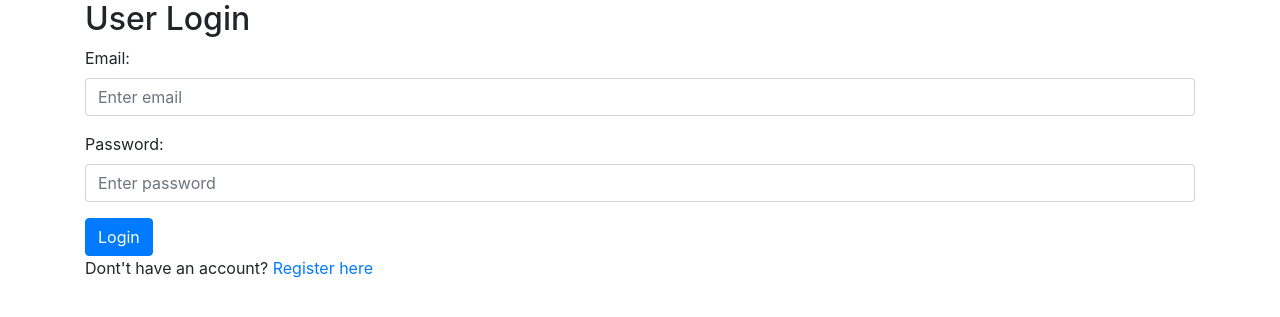
Repository: LPiotr/pythonflask
Page: http://localhost/
The author's editor kept a copy of each file at every save. The page is drawn from the files as they stood at one save, then again after the next save.
The browser window is 1280 px wide. The pictures show the whole page.
The page is served by the project's application, run on Flask 3 (app.py).

Above is the page before, as saved 2023-07-02 19:24:03.

After the next save:
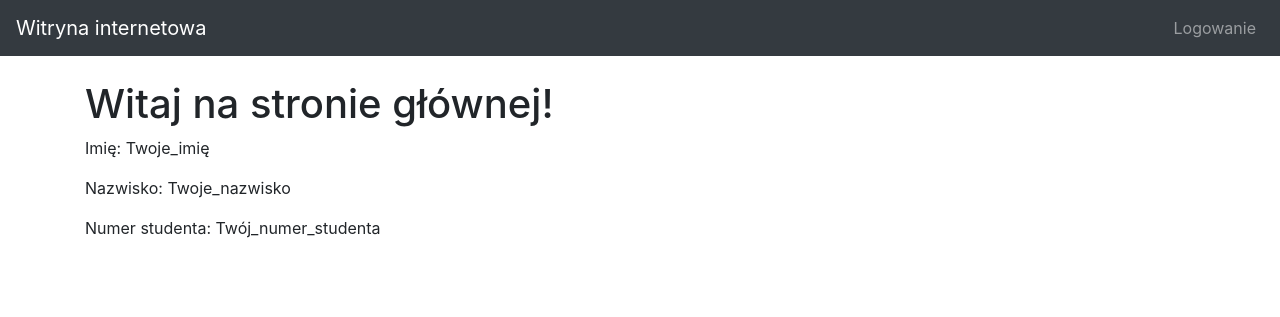
Saved 16 min 8 s later.
--- a/app.py
+++ b/app.py
@@ -38,72 +38,74 @@ mysql = MySQL(app)
 #                 time.sleep(1)
 
 @app.route('/')
-@app.route('/login', methods =['GET', 'POST'])
-def login():
-    mesage = ''
-    if request.method == 'POST' and 'email' in request.form and 'password' in request.form:
-        email = request.form['email']
-        password = request.form['password']
-        cursor = mysql.connection.cursor(MySQLdb.cursors.DictCursor)
-        cursor.execute('SELECT * FROM users WHERE email = % s AND password = % s', (email, password, ))
-        user = cursor.fetchone()
-        if user:
-            session['loggedin'] = True
-            session['userid'] = user['userid']
-            session['name'] = user['name']
-            session['email'] = user['email']
-            mesage = 'Zalogowano pomyślnie !'
-            return render_template('user.html', mesage = mesage)
-        else:
-            mesage = 'Proszę wprowadż poprawny email lub hasło !'
-    return render_template('login.html', mesage = mesage)
+def index():
+    return render_template('index.html')
+# @app.route('/login', methods =['GET', 'POST'])
+# def login():
+#     mesage = ''
+#     if request.method == 'POST' and 'email' in request.form and 'password' in request.form:
+#         email = request.form['email']
+#         password = request.form['password']
+#         cursor = mysql.connection.cursor(MySQLdb.cursors.DictCursor)
+#         cursor.execute('SELECT * FROM users WHERE email = % s AND password = % s', (email, password, ))
+#         user = cursor.fetchone()
+#         if user:
+#             session['loggedin'] = True
+#             session['userid'] = user['userid']
+#             session['name'] = user['name']
+#             session['email'] = user['email']
+#             mesage = 'Zalogowano pomyślnie !'
+#             return render_template('user.html', mesage = mesage)
+#         else:
+#             mesage = 'Proszę wprowadż poprawny email lub hasło !'
+#     return render_template('login.html', mesage = mesage)
 
 
-@app.route('/logout')
-def logout():
-    session.pop('loggedin', None)
-    session.pop('userid', None)
-    session.pop('email', None)
-    return redirect(url_for('login'))
+# @app.route('/logout')
+# def logout():
+#     session.pop('loggedin', None)
+#     session.pop('userid', None)
+#     session.pop('email', None)
+#     return redirect(url_for('login'))
 
-@app.route('/register', methods =['GET', 'POST'])
-def register():
-    mesage = ''
-    if request.method == 'POST' and 'name' in request.form and 'password' in request.form and 'email' in request.form :
-        userName = request.form['name']
-        password = request.form['password']
-        email = request.form['email']
-        cursor = mysql.connection.cursor(MySQLdb.cursors.DictCursor)
-        cursor.execute('SELECT * FROM users WHERE email = % s', (email, ))
-        account = cursor.fetchone()
-        if account:
-            mesage = 'Konto z podanym adresem {} istnieje w bazie !'.format(email)
-        elif not re.match(r'[^@]+@[^@]+\.[^@]+', email):
-            mesage = 'Nieprawidłowy adres email !'
-        elif not userName or not password or not email:
-            mesage = 'Proszę wypełnić formularz !'
-        else:
-            cursor.execute('INSERT INTO users VALUES (NULL, % s, % s, % s)', (userName, password, email ))
-            mysql.connection.commit()
-            mesage = 'Pomyślnie zarejestrowano nowego użytkownika {}!'.format(userName)
-    elif request.method == 'POST':
-        mesage = 'Proszę wypełnić formularz !'
-    return render_template('register.html', mesage = mesage)
+# @app.route('/register', methods =['GET', 'POST'])
+# def register():
+#     mesage = ''
+#     if request.method == 'POST' and 'name' in request.form and 'password' in request.form and 'email' in request.form :
+#         userName = request.form['name']
+#         password = request.form['password']
+#         email = request.form['email']
+#         cursor = mysql.connection.cursor(MySQLdb.cursors.DictCursor)
+#         cursor.execute('SELECT * FROM users WHERE email = % s', (email, ))
+#         account = cursor.fetchone()
+#         if account:
+#             mesage = 'Konto z podanym adresem {} istnieje w bazie !'.format(email)
+#         elif not re.match(r'[^@]+@[^@]+\.[^@]+', email):
+#             mesage = 'Nieprawidłowy adres email !'
+#         elif not userName or not password or not email:
+#             mesage = 'Proszę wypełnić formularz !'
+#         else:
+#             cursor.execute('INSERT INTO users VALUES (NULL, % s, % s, % s)', (userName, password, email ))
+#             mysql.connection.commit()
+#             mesage = 'Pomyślnie zarejestrowano nowego użytkownika {}!'.format(userName)
+#     elif request.method == 'POST':
+#         mesage = 'Proszę wypełnić formularz !'
+#     return render_template('register.html', mesage = mesage)
 
 
 
-@app.route('/time')
-def time_stream():
-    def generate_time():
-        pubsub = r.pubsub()
-        pubsub.subscribe('time')
+# @app.route('/time')
+# def time_stream():
+#     def generate_time():
+#         pubsub = r.pubsub()
+#         pubsub.subscribe('time')
 
-        while True:
-            message = pubsub.get_message()
-            if message and message['type'] == 'time':
-                current_time = datetime.datetime.now().strftime("%H:%M:%S")
-                yield f"data: {current_time}\n\n"
-    return Response(generate_time(), mimetype='text/event-stream')
+#         while True:
+#             message = pubsub.get_message()
+#             if message and message['type'] == 'time':
+#                 current_time = datetime.datetime.now().strftime("%H:%M:%S")
+#                 yield f"data: {current_time}\n\n"
+#     return Response(generate_time(), mimetype='text/event-stream')
 
 
 if __name__ == "__main__":
